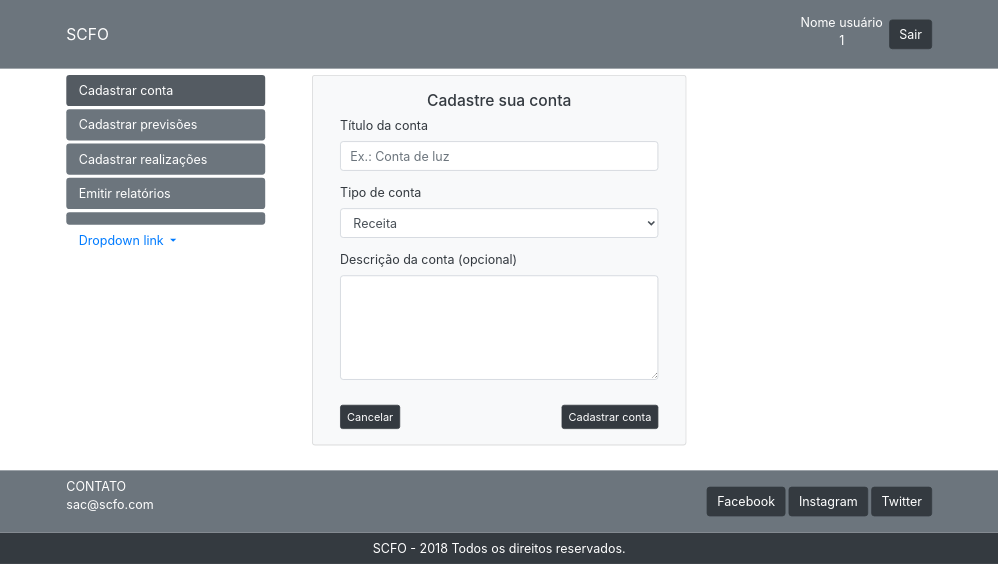
Repository: MaickSilva/scfoheroku
Page: http://localhost/cadastrarConta.php
The author's editor kept a record of every edit. The page is drawn from the files as they stood at one moment, then again after the next edit.
The browser window is 1280 px wide. The pictures show the whole page, at 78% of full size.
Some web libraries are served in a nearby version. The page is run by PHP 8.4 with error messages shown; the project is at /var/www/html/. The session is filled in as if someone had signed in: {"UsuarioLog": true, "cpf": 1, "senha": 1}.

Above is the page before.

After the next edit:
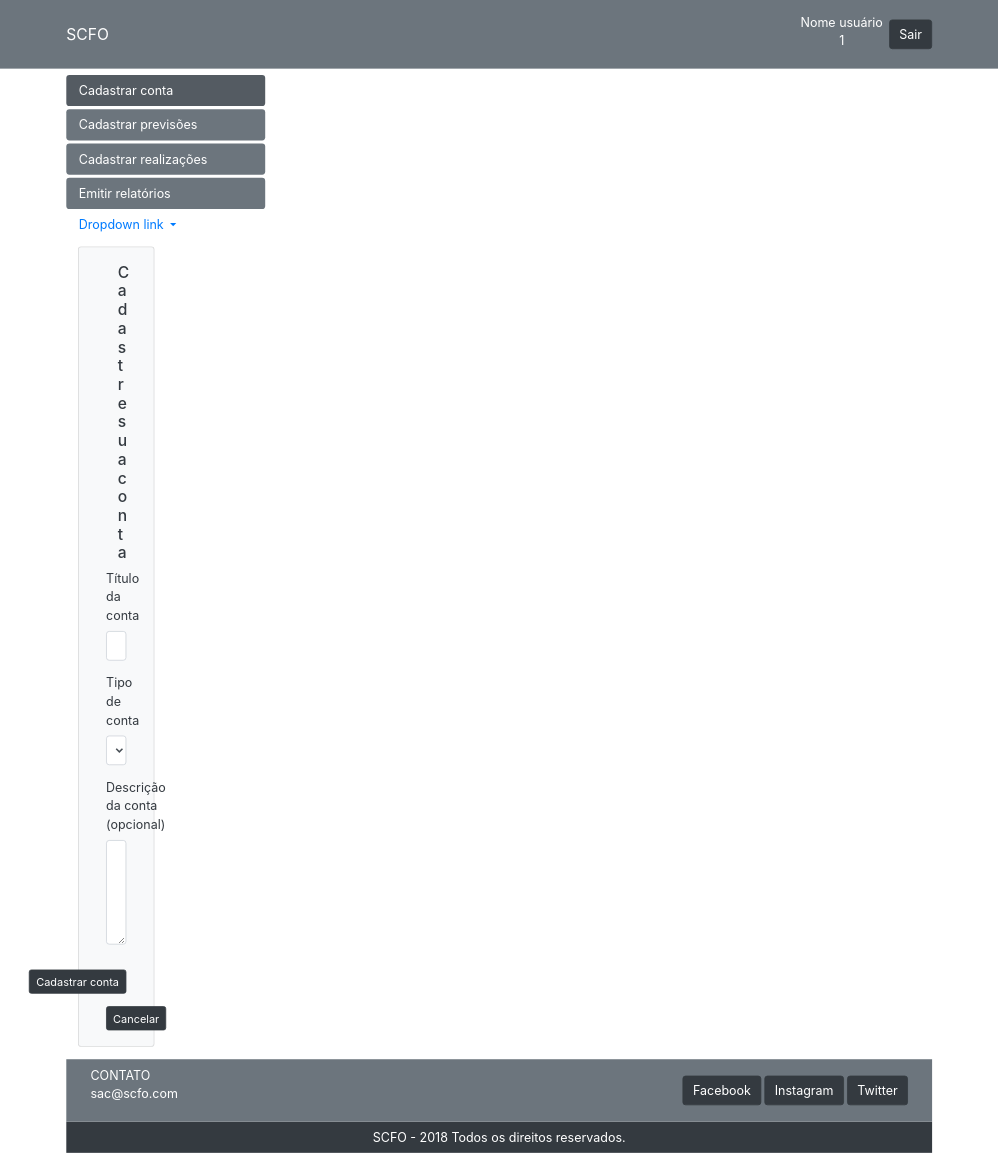
The edit:
--- a/workspace/cadastrarConta.php
+++ b/workspace/cadastrarConta.php
@@ -21,8 +21,8 @@
                     <a href="cadastrarPrevisao.php" class="nav-link btn-secondary mt-1" id="v-pills-profile-tab" href="#v-pills-profile" role="tab" aria-controls="v-pills-profile" aria-selected="false">Cadastrar previsões</a>
                     <a href="inserirValores.php" class="nav-link btn-secondary mt-1" id="inserirValores" role="tab" aria-controls="v-pills-valores" aria-selected="false">Cadastrar realizações</a>
                     <a href="emitirRelatorio.php" class="nav-link btn-secondary mt-1" id="v-pills-settings-tab" role="tab" aria-controls="v-pills-settings" aria-selected="false">Emitir relatórios</a>
-                    <a class="nav-link btn-secondary mt-1 dropdown" id="v-pills-settings-tab" role="tab" aria-controls="v-pills-settings" aria-selected="false">
-                        <a class="nav-link dropdown-toggle" href="#" id="navbarDropdownMenuLink" data-toggle="dropdown" aria-haspopup="true"
+                    <div class="nav-item dropdown">
+                        <a class="nav-link dropdown-toggle" href="http://example.com" id="navbarDropdownMenuLink" data-toggle="dropdown" aria-haspopup="true"
                             aria-expanded="false">
                         Dropdown link
                         </a>

After the edit that followed:
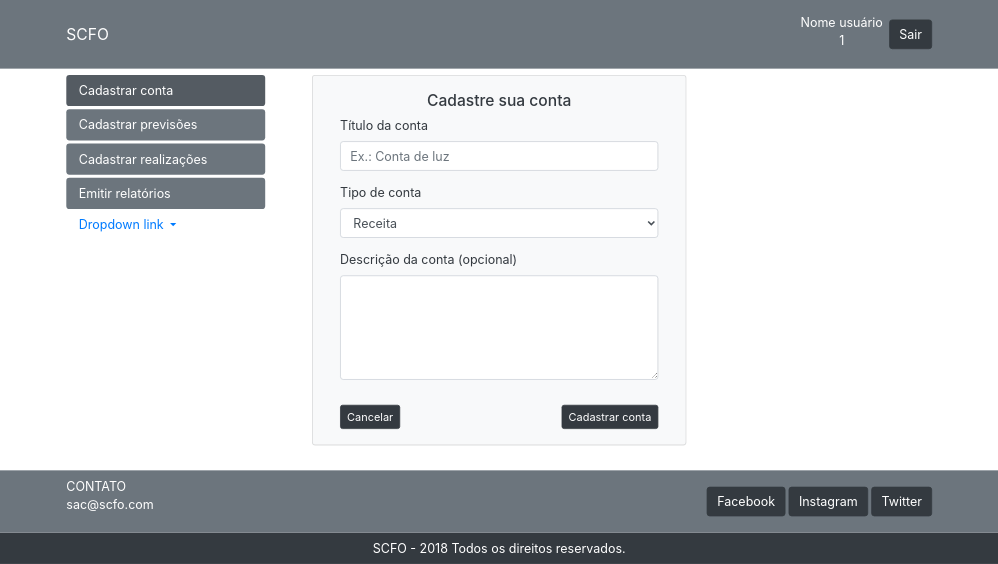
The edit:
--- a/workspace/cadastrarConta.php
+++ b/workspace/cadastrarConta.php
@@ -31,7 +31,7 @@
                             <a class="dropdown-item" href="#">Another action</a>
                             <a class="dropdown-item" href="#">Something else here</a>
                         </div>
-                    </li>
+                    </div>
                 </div>
             </div>
             <div class="col-12 col-sm-12 col-md-8 col-lg-6">
